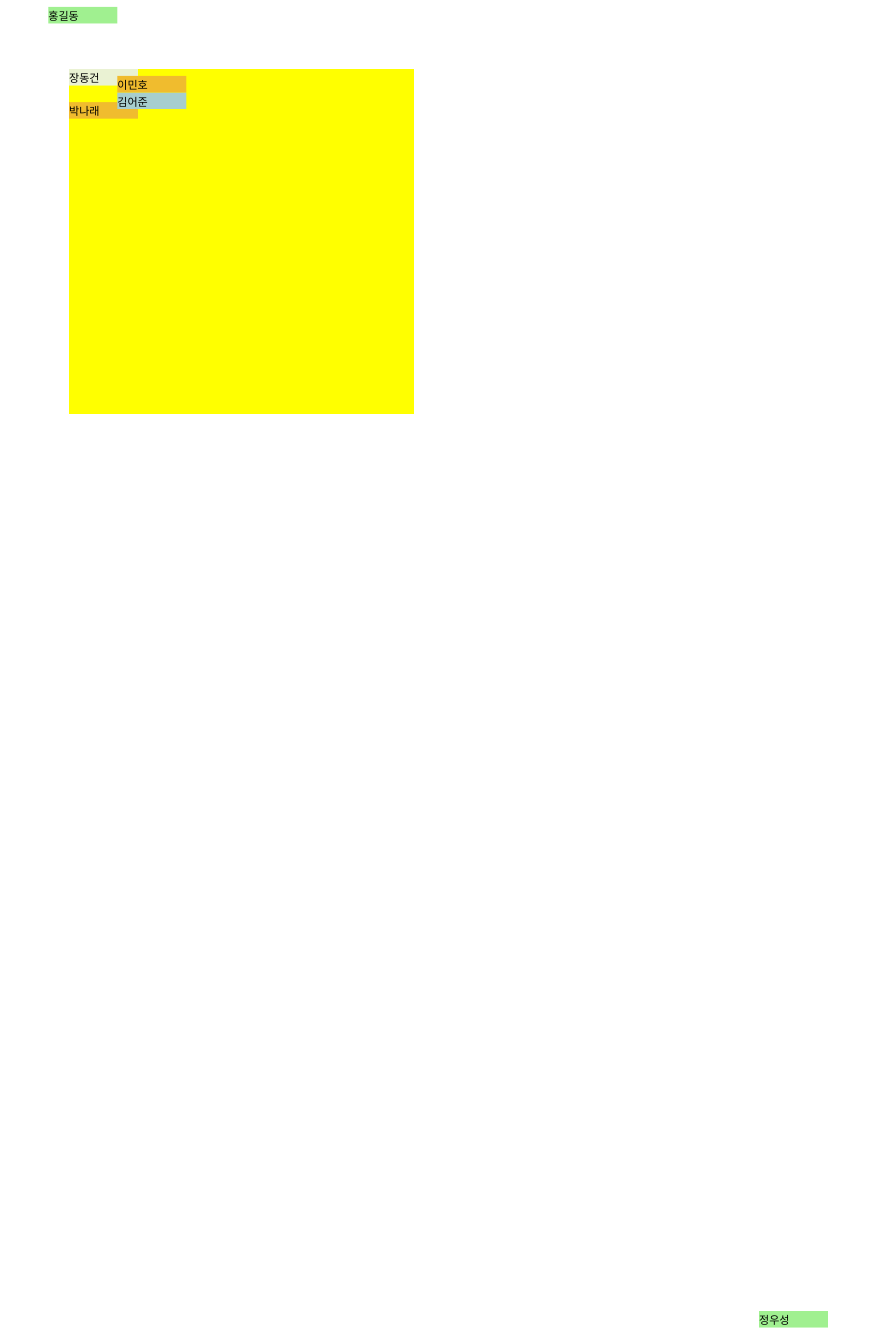
Repository: wishinghyun/multicampus
Page: webwork/clientweb/WebContent/css/css_position_test.html
An editor plug-in stored every save of this project. The page is shown before and after the next save, followed by the edit.
The browser window is 1280 px wide. The pictures show the whole page, at 69% of full size.

Above is the page before, as saved 2020-01-03 07:40:22.

### webwork/clientweb/WebContent/css/css_position_test.html
<!DOCTYPE html>
<html>
<head>
<meta charset="EUC-KR">
<title>Insert title here</title>
<style type="text/css">
	#outer {
		background-color: yellow;
		position: absolute;
		width: 500px;
		left: 100px;
		top: 100px;
		height: 500px;
	}

	#jang {
		background-color: #eaf2d3;
		width: 100px;
		position: static;/* 원래 기본 흐름대로 보여진다
							위에서 아래로, 왼쪽에서 오른쪽으로
							부모의 위치에 영향을 받는다 */
		left: 70px;
		top: 10px;
	}

	#lee {
		background-color: #f0bc2e;
		width: 100px;
		position: absolute;/* 기준위치에서 지정된 위치로 이동, 부모(#outer)위치를 기준으로 설정 */
		left: 70px;
		top: 10px;
	}

	#kim {
		background-color: #a7cece;
		width: 100px;
		position: relative;/* 원래 있어야 하는 위치로부터 상대적 위치로 이동 */
		left: 70px;
		top: 10px;
	}

	#hong {
		background-color: #a0f090;
		width: 100px;
		position: fixed;/* 기준위치에서 지정된 위치로 이동 - 부모의 영향을 받지 않고 고정된 위치로 이동
							윈도우 기준으로 무조건 지정된 위치에서 보임*/
		left: 70px;
		top: 10px;
	}

	#jung {
		background-color: #a0f090;
		width: 100px;
		position: absolute;/* 기준위치에서 지정한 위치로 이동 - 도큐먼트 기준이므로 해상도와 상관없이 무조건 보임 */
		left: 1000px;
		top: 1800px;
	}

	#park {
		background-color: #f0bc2e;
		width: 100px;
		position: static;/* 기준위치에서 지정한 위치로 이동 - 윈도우 기준이므로 윈도우 해상도를 벗어나면 화면에서 안보임 */
		left: 1000px;
		top: 1800px;
	}
</style>
</head>
<body>
	<div id="outer">
		<div id="jang">장동건</div>
		<div id="kim">김어준</div>
		<div id="lee">이민호</div>
		<div id="hong">홍길동</div>
		<div id="jung">정우성</div>
		<div id="park">박나래</div>
	</div>
</body>
</html>

After the next save:
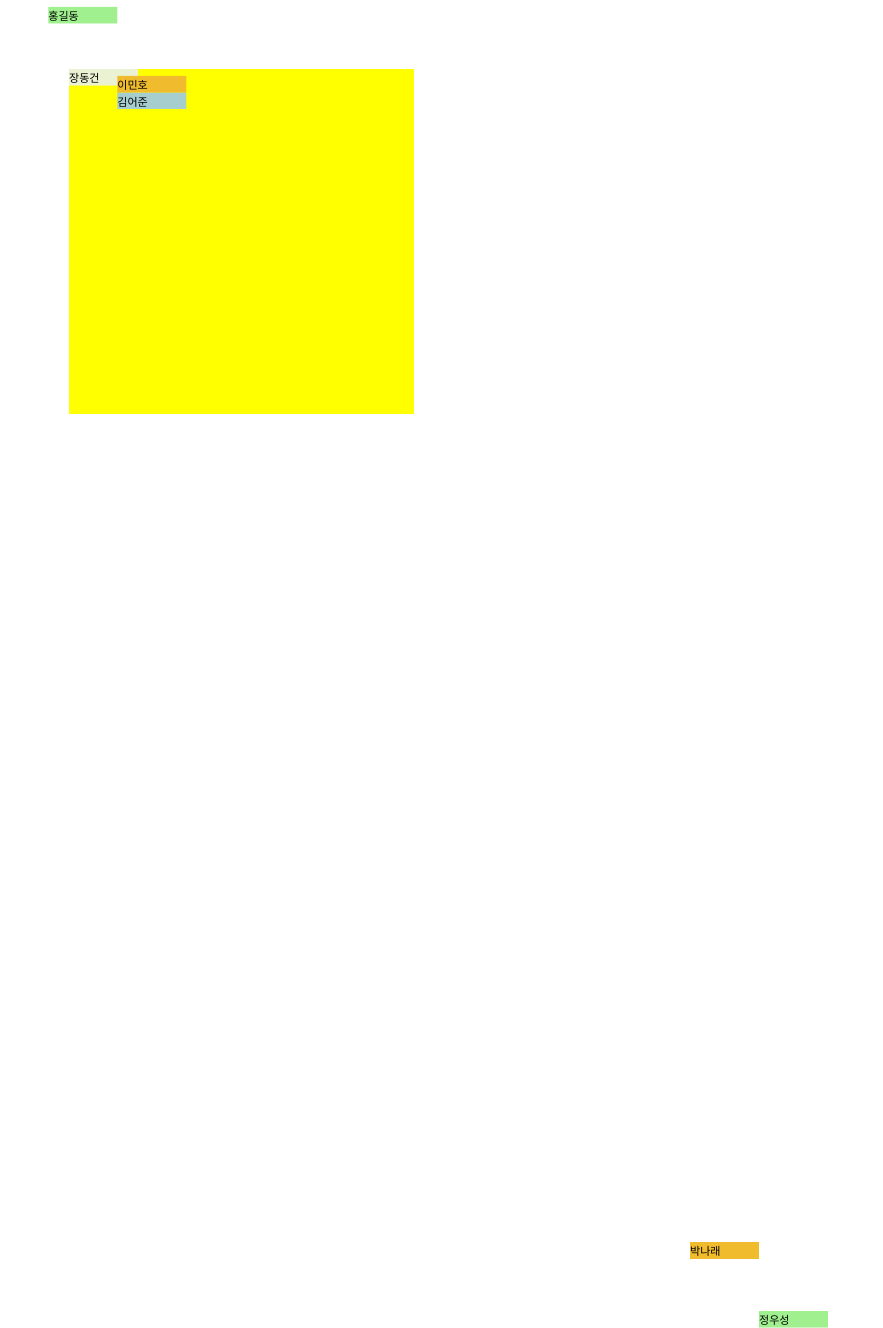
Saved 6 s later.
--- a/webwork/clientweb/WebContent/css/css_position_test.html
+++ b/webwork/clientweb/WebContent/css/css_position_test.html
@@ -59,7 +59,7 @@
 	#park {
 		background-color: #f0bc2e;
 		width: 100px;
-		position: static;/* 기준위치에서 지정한 위치로 이동 - 윈도우 기준이므로 윈도우 해상도를 벗어나면 화면에서 안보임 */
+		position: fixed;/* 기준위치에서 지정한 위치로 이동 - 윈도우 기준이므로 윈도우 해상도를 벗어나면 화면에서 안보임 */
 		left: 1000px;
 		top: 1800px;
 	}
